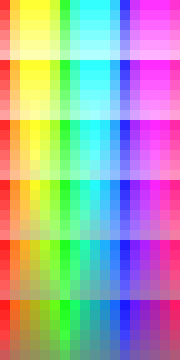
Repository: GitUserG1729/mapf
Script's output: python mapf_visualizer-py/color.py
An editor plug-in stored every save of this project. The script's output is shown before and after a run of saves, followed by the edit.
The window is shown after at most 60 frames with no key pressed. Random numbers start from a fixed seed.

Above is the script's output before, as saved 2021-07-19 14:25:35.

### mapf_visualizer-py/color.py
import pygame
import math


def k_contrast_color(k_color, RGB_list):
  # hue       : 0-360, min_step: 5(72)
  # saturation: 0.3-0.8, min_step: 0.1(6)
  # intensive : 0.5-1.0, min_step: 0.1(6)
  # max_color = 72*6*6 = 2592

  H_min_step = 20
  H_max_num = 360 // H_min_step
  S_min_step = 0.1
  S_max_num = math.floor(0.5 / S_min_step) + 1
  I_min_step = 0.1
  I_max_num = math.floor(0.5 / I_min_step) + 1

  H = 360
  S = 1
  I = 1

  if k_color <= H_max_num*S_max_num*I_max_num:
    if k_color <= H_max_num*S_max_num:
      if k_color <= H_max_num:
        S = 1
        I = 1
        H_step = 360 // k_color
        for i in range(k_color):
          Hi = i
          tmp_H = Hi * H_step
          RGB_list.append(HSI2RGB(tmp_H, S, I))
      else:
        I = 1
        H_step = H_min_step
        S_num = math.ceil(k_color / H_max_num)
        S_step = 0.5 / (S_num-1)
        for i in range(k_color):
          Hi = i % H_max_num
          tmp_H = Hi * H_step
          Si = math.floor(i / H_max_num)
          tmp_S = 0.8 - Si * S_step
          RGB_list.append(HSI2RGB(tmp_H, tmp_S, I))

    else:
        S_step = 0.1
        H_step = H_min_step
        I_num = math.ceil(k_color / (H_max_num*S_max_num))
        I_step = 0.5 / (I_num-1)
        for i in range(k_color):
          Hi = i % H_max_num
          tmp_H = Hi * H_step
          Si = (i//H_max_num) % S_max_num
          tmp_S = 0.8 - Si * S_step
          Ii = math.floor(i / (H_max_num*S_max_num))
          tmp_I = 1.0 - Ii * I_step
          RGB_list.append(HSI2RGB(tmp_H, tmp_S, tmp_I))

  else : # >2592
    print("[ERROR]: NUM OF COLOR IS TOO LARGE.")

  return RGB_list


def HSI2RGB(H, S ,I):
  # print('H:', H, ', S:', S, ', I:', I)
  R = 0
  G = 0
  B = 0
  if S < 1e-6:
    R = I
    G = I
    B = I
  else:
    if H >= 0 and H < 120:
      B = I * (1 - S)
      R = I * (1 + (S * math.cos(H*math.pi/180)) / math.cos((60 - H)*math.pi/180))
      G = 3 * I - (R + B)
    elif H >= 120 and H < 240:
      H = H - 120
      R = I * (1 - S)
      G = I * (1 + (S * math.cos(H*math.pi/180)) / math.cos((60 - H)*math.pi/180))
      B = 3 * I - (R + G)
    elif H >= 240 and H < 360:
      H = H - 240
      G = I * (1 - S)
      B = I * (1 + (S * math.cos(H*math.pi/180)) / math.cos((60 - H)*math.pi/180))
      R = 3 * I - (G + B)
    else:
      print("[ERROR]: H not in [0, 360)")
      return
  # print('R:', R, ', G:', G, ', B:', B)

  if R >= 1.0:
    R = 1.0
  if G >= 1.0:
    G = 1.0
  if B >= 1.0:
    B = 1.0

  return [round(R*255), round(G*255), round(B*255)]


if __name__ == '__main__':
  grid_len = 18
  grid_wid = 36
  grid_size = 10
  win_len = grid_len*grid_size
  win_wid = grid_wid*grid_size

  pygame.init()
  screen = pygame.display.set_mode((win_len, win_wid))
  pygame.display.set_caption('k contrast color')

  grids = [pygame.Surface((grid_size, grid_size),
                          pygame.SRCALPHA).convert_alpha() \
                          for _ in range(grid_len*grid_wid)]
  map_back = pygame.surface.Surface((win_len, win_wid),
                                    pygame.SRCALPHA, 32)
  map_back = map_back.convert_alpha()

  colors = []
  k_contrast_color(grid_len*grid_wid, colors)
  print('color len:', len(colors))
  print(colors)
  map_back.fill((0,0,0))
  while 1:
    for i in range(grid_len):
      for j in range(grid_wid):
        color = colors[j*grid_len+i]
        # print(color)
        grids[j*grid_len+i].fill(pygame.Color(color))
        map_back.blit(grids[j*grid_len+i],
                            ((i)*grid_size,
                              (j)*grid_size))
    screen.blit(map_back, (0,0))
    pygame.display.update()
    for event in pygame.event.get():
      if event.type == pygame.QUIT:
        pygame.quit()

After the next 3 saves:
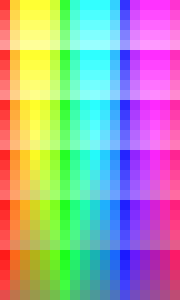
The 3 saves are shown as one change because 2 did not build or start.
The last was saved 58 s later.
--- a/mapf_visualizer-py/color.py
+++ b/mapf_visualizer-py/color.py
@@ -4,14 +4,14 @@ import math
 
 def k_contrast_color(k_color, RGB_list):
   # hue       : 0-360, min_step: 5(72)
-  # saturation: 0.3-0.8, min_step: 0.1(6)
+  # saturation: 0.4-0.8, min_step: 0.1(5)
   # intensive : 0.5-1.0, min_step: 0.1(6)
   # max_color = 72*6*6 = 2592
 
   H_min_step = 20
   H_max_num = 360 // H_min_step
   S_min_step = 0.1
-  S_max_num = math.floor(0.5 / S_min_step) + 1
+  S_max_num = math.floor(0.4 / S_min_step) + 1
   I_min_step = 0.1
   I_max_num = math.floor(0.5 / I_min_step) + 1
 
@@ -102,7 +102,7 @@ def HSI2RGB(H, S ,I):
 
 if __name__ == '__main__':
   grid_len = 18
-  grid_wid = 36
+  grid_wid = 30
   grid_size = 10
   win_len = grid_len*grid_size
   win_wid = grid_wid*grid_size
